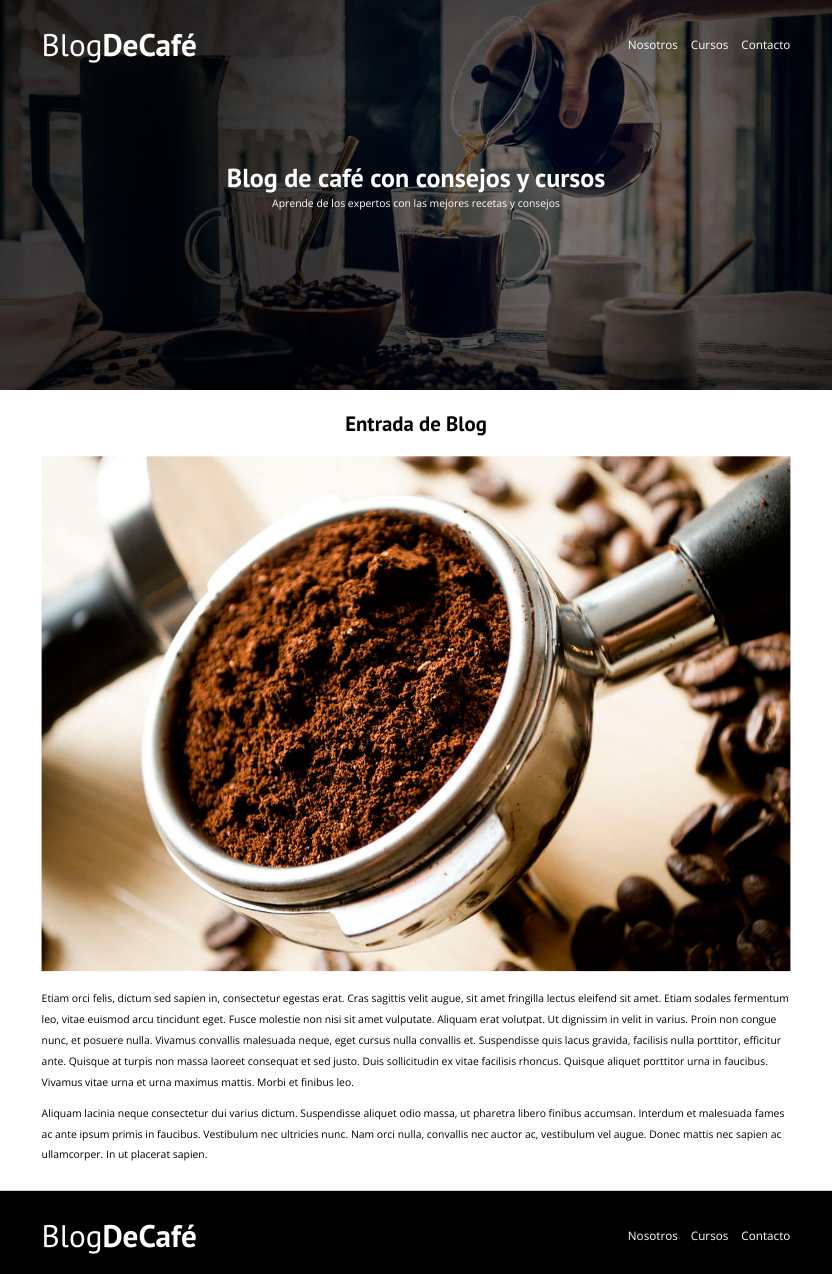
Repository: araque1990/blog_de_cafe
Page: entrada.html
These files come from the project's save history. The page is drawn as it stood at one moment and after the next save; the edit follows.
The browser window is 1280 px wide. The pictures show the whole page, at 65% of full size.

Above is the page before, as saved 2023-01-12 18:47:32.

### entrada.html
<!DOCTYPE html>
<html lang="es">
<head>
  <meta charset="UTF-8">
  <meta http-equiv="X-UA-Compatible" content="IE=edge">
  <meta name="viewport" content="width=device-width, initial-scale=1.0">
  <title>Blog de Café</title>
  <link rel="stylesheet" href="css/normalize.css">
  <link rel="preconnect" href="https://fonts.googleapis.com"><link rel="preconnect" href="https://fonts.gstatic.com" crossorigin><link href="https://fonts.googleapis.com/css2?family=Open+Sans&family=PT+Sans:wght@400;700&display=swap" rel="stylesheet">
  <link rel="stylesheet" href="css/styles.css">
</head>
<body>

  <header class="header">
    <div class="contenedor">
      <div class="barra">
        <a class="logo" href="index.html">
          <h1 class="logo__nombre no-margin centrar-texto">Blog<span class="logo__bold">DeCafé</span></h1>
        </a>

        <nav class="navegacion">
          <a href="nosotros.html" class="navegacion__enlace">Nosotros</a>
          <a href="cursos.html" class="navegacion__enlace">Cursos</a>
          <a href="contacto.html" class="navegacion__enlace">Contacto</a>
        </nav>
      </div>
    </div>
    <div class="header__texto">
      <h2 class="no-margin">Blog de café con consejos y cursos</h2>
      <p class="no-margin">Aprende de los expertos con las mejores recetas y consejos</p>
    </div>
  </header>

  <main class="contenedor">
    <h3 class="centrar-texto">Entrada de Blog</h3>

    <div class="entrada">
      <div class="entrada__imagen">
        <img src="img/blog1.jpg" alt="imagen entrada">
      </div>

      <div class="entrada__texto">
        <p> Etiam orci felis, dictum sed sapien in, consectetur egestas erat. Cras sagittis velit augue, sit amet fringilla lectus eleifend sit amet. Etiam sodales fermentum leo, vitae euismod arcu tincidunt eget. Fusce molestie non nisi sit amet vulputate. Aliquam erat volutpat. Ut dignissim in velit in varius. Proin non congue nunc, et posuere nulla. Vivamus convallis malesuada neque, eget cursus nulla convallis et. Suspendisse quis lacus gravida, facilisis nulla porttitor, efficitur ante. Quisque at turpis non massa laoreet consequat et sed justo. Duis sollicitudin ex vitae facilisis rhoncus. Quisque aliquet porttitor urna in faucibus. Vivamus vitae urna et urna maximus mattis. Morbi et finibus leo.</p>

        <p>Aliquam lacinia neque consectetur dui varius dictum. Suspendisse aliquet odio massa, ut pharetra libero finibus accumsan. Interdum et malesuada fames ac ante ipsum primis in faucibus. Vestibulum nec ultricies nunc. Nam orci nulla, convallis nec auctor ac, vestibulum vel augue. Donec mattis nec sapien ac ullamcorper. In ut placerat sapien.</p>
      </div>
    </div>
  </main>

  <footer class="footer">
    <div class="contenedor">
      <div class="barra">
        <a class="logo" href="index.html">
          <h1 class="logo__nombre no-margin centrar-texto">Blog<span class="logo__bold">DeCafé</span></h1>
        </a>

        <nav class="navegacion">
          <a href="nosotros.html" class="navegacion__enlace">Nosotros</a>
          <a href="cursos.html" class="navegacion__enlace">Cursos</a>
          <a href="contacto.html" class="navegacion__enlace">Contacto</a>
        </nav>
      </div>
    </div>
  </footer>
</body>
</html>

### css/styles.css
:root {
  --fuenteHeading: 'PT Sans', sans-serif;
  --fuenteParrafos: 'Open Sans', sans-serif;

  --secundario: #784D3C;
  --gris: #E1E1E1;
  --blanco: #FFF;
  --negro: #000;
}
html {
  box-sizing: border-box;
  font-size: 62.5%;
}
*, *:before, *:after {
  box-sizing: inherit;
}
body {
  font-family: var(--fuenteParrafos);
  font-size: 1.6rem;
  line-height: 2;
}

/* Globales */
.contenedor {
  max-width: 120rem;
  width: 90%;
  /* width: min(90%, 120rem); //ESTO ES LO MISMO QUE LOS DOS ATRIBUTOS DE ARRIBA */
  margin: 0 auto;
}
a {
  text-decoration: none;
}
h1, h2, h3, h4 {
  font-family: var(--fuenteHeading);
  line-height: 1.2;
}
h1 {
  font-size: 4.8rem;
}
h2 {
  font-size: 4rem;
}
h3 {
  font-size: 3.2rem;
}
h4 {
  font-size: 2.8rem;
}
img {
  max-width: 100%;
}

/* Utilidades */
.no-margin {
  margin: 0;
}
.no-padding {
  padding: 0;
}
.centrar-texto {
  text-align: center;
}

/* Header */
.header {
  background-image: url(../img/banner.jpg);
  height: 60rem;
  background-size: cover;
  background-repeat: no-repeat;
  background-position: center center;
}
.header__texto {
  text-align: center;
  color: var(--blanco);
  margin-top: 5rem;
}

@media (min-width: 768px) {
  .header__texto {
    margin-top: 15rem;
  }
}

@media (min-width: 768px) {
  .barra {
    display: flex;
    justify-content: space-between;
    align-items: center;
  }
}
.barra {
  padding-top: 4rem;
}
.logo {
  color: var(--blanco);
}
.logo__nombre {
  font-weight: 400;
}
.logo__bold {
  font-weight: 700;
}

@media (min-width: 768px) {
  .navegacion {
    display: flex;
    gap: 2rem;
  }
}
.navegacion__enlace {
  display: block;
  text-align: center;
  font-size: 1.8rem;
  color: var(--blanco);
}

@media (min-width: 768px) {
  .contenido-principal {
    display: grid;
    grid-template-columns: 2fr 1fr;
    column-gap: 4rem;
  }
}

.entrada {
  border-bottom: 1px solid var(--gris);
  margin-bottom: 2rem;
}
.entrada:last-of-type {
  border: none;
  margin-bottom: 0;
}
.boton {
  display: block;
  font-family: var(--fuenteHeading);
  color: var(--blanco);
  text-align: center;
  padding: 1rem 3rem;
  font-size: 1.8rem;
  text-transform: uppercase;
  font-weight: 700;
  margin-bottom: 2rem;
}
@media (min-width: 768px) {
  .boton {
    display: inline-block;
  }
}
.boton--primario {
  background-color: var(--negro);
}
.boton--secundario {
  background-color: var(--secundario);
}

.cursos {
  list-style: none;
}

.widget-curso {
  border-bottom: 1px solid var(--gris);
  margin-bottom: 2rem;
}
.widget-curso:last-of-type {
  border: none;
  margin-bottom: 0;
}
.widget-curso__label {
  font-family: var(--fuenteHeading);
  font-weight: 700;
}
.widget-curso__info {
  font-weight: 400;
}
.widget-curso__info, .widget-curso__label {
  font-size: 2rem;
}

.footer {
  background-color: var(--negro);
  padding-bottom: 3rem;
  margin-top: 4rem;
}

/* Sobre Nosotros */
@media (min-width: 768px) {
  .sobre-nosotros {
    display: grid;
    grid-template-columns: repeat(2, 1fr);
    column-gap: 2rem;
  }
}

.curso {
  padding: 3rem 0;
  border-bottom: 1px solid var(--gris);
}
@media (min-width: 768px) {
  .curso{
    display: grid;
    grid-template-columns: 1fr 2fr;
    column-gap: 2rem;
  }
}
.curso:last-of-type {
  border: none;
}

/* NOTA: podemos simplemente añadir estas clases a los estilos de widget correspodientes para evitar duplicidades. */
.curso__label {
  font-family: var(--fuenteHeading);
  font-weight: 700;
}
.curso__info {
  font-weight: 400;
}
.curso__info, .curso__label {
  font-size: 2rem;
}

Loaded but not shown: css/normalize.css (library)

After the next save:
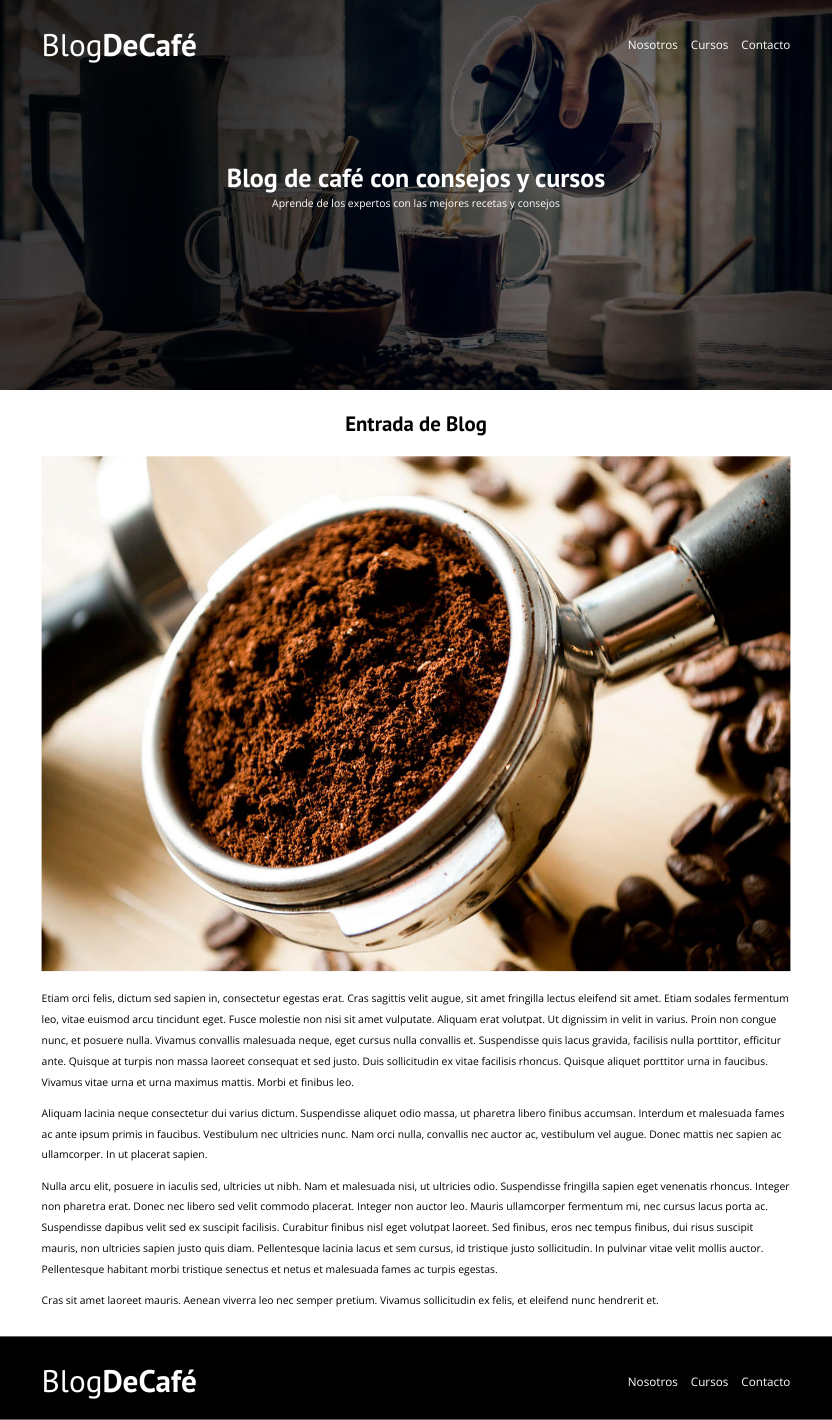
Saved 71 s later.
--- a/entrada.html
+++ b/entrada.html
@@ -40,9 +40,21 @@
       </div>
 
       <div class="entrada__texto">
-        <p> Etiam orci felis, dictum sed sapien in, consectetur egestas erat. Cras sagittis velit augue, sit amet fringilla lectus eleifend sit amet. Etiam sodales fermentum leo, vitae euismod arcu tincidunt eget. Fusce molestie non nisi sit amet vulputate. Aliquam erat volutpat. Ut dignissim in velit in varius. Proin non congue nunc, et posuere nulla. Vivamus convallis malesuada neque, eget cursus nulla convallis et. Suspendisse quis lacus gravida, facilisis nulla porttitor, efficitur ante. Quisque at turpis non massa laoreet consequat et sed justo. Duis sollicitudin ex vitae facilisis rhoncus. Quisque aliquet porttitor urna in faucibus. Vivamus vitae urna et urna maximus mattis. Morbi et finibus leo.</p>
+        <p>
+          Etiam orci felis, dictum sed sapien in, consectetur egestas erat. Cras sagittis velit augue, sit amet fringilla lectus eleifend sit amet. Etiam sodales fermentum leo, vitae euismod arcu tincidunt eget. Fusce molestie non nisi sit amet vulputate. Aliquam erat volutpat. Ut dignissim in velit in varius. Proin non congue nunc, et posuere nulla. Vivamus convallis malesuada neque, eget cursus nulla convallis et. Suspendisse quis lacus gravida, facilisis nulla porttitor, efficitur ante. Quisque at turpis non massa laoreet consequat et sed justo. Duis sollicitudin ex vitae facilisis rhoncus. Quisque aliquet porttitor urna in faucibus. Vivamus vitae urna et urna maximus mattis. Morbi et finibus leo.
+        </p>
 
-        <p>Aliquam lacinia neque consectetur dui varius dictum. Suspendisse aliquet odio massa, ut pharetra libero finibus accumsan. Interdum et malesuada fames ac ante ipsum primis in faucibus. Vestibulum nec ultricies nunc. Nam orci nulla, convallis nec auctor ac, vestibulum vel augue. Donec mattis nec sapien ac ullamcorper. In ut placerat sapien.</p>
+        <p>
+          Aliquam lacinia neque consectetur dui varius dictum. Suspendisse aliquet odio massa, ut pharetra libero finibus accumsan. Interdum et malesuada fames ac ante ipsum primis in faucibus. Vestibulum nec ultricies nunc. Nam orci nulla, convallis nec auctor ac, vestibulum vel augue. Donec mattis nec sapien ac ullamcorper. In ut placerat sapien.
+        </p>
+
+        <p>
+          Nulla arcu elit, posuere in iaculis sed, ultricies ut nibh. Nam et malesuada nisi, ut ultricies odio. Suspendisse fringilla sapien eget venenatis rhoncus. Integer non pharetra erat. Donec nec libero sed velit commodo placerat. Integer non auctor leo. Mauris ullamcorper fermentum mi, nec cursus lacus porta ac. Suspendisse dapibus velit sed ex suscipit facilisis. Curabitur finibus nisl eget volutpat laoreet. Sed finibus, eros nec tempus finibus, dui risus suscipit mauris, non ultricies sapien justo quis diam. Pellentesque lacinia lacus et sem cursus, id tristique justo sollicitudin. In pulvinar vitae velit mollis auctor. Pellentesque habitant morbi tristique senectus et netus et malesuada fames ac turpis egestas.
+        </p>
+
+        <p>
+          Cras sit amet laoreet mauris. Aenean viverra leo nec semper pretium. Vivamus sollicitudin ex felis, et eleifend nunc hendrerit et.
+        </p>
       </div>
     </div>
   </main>
